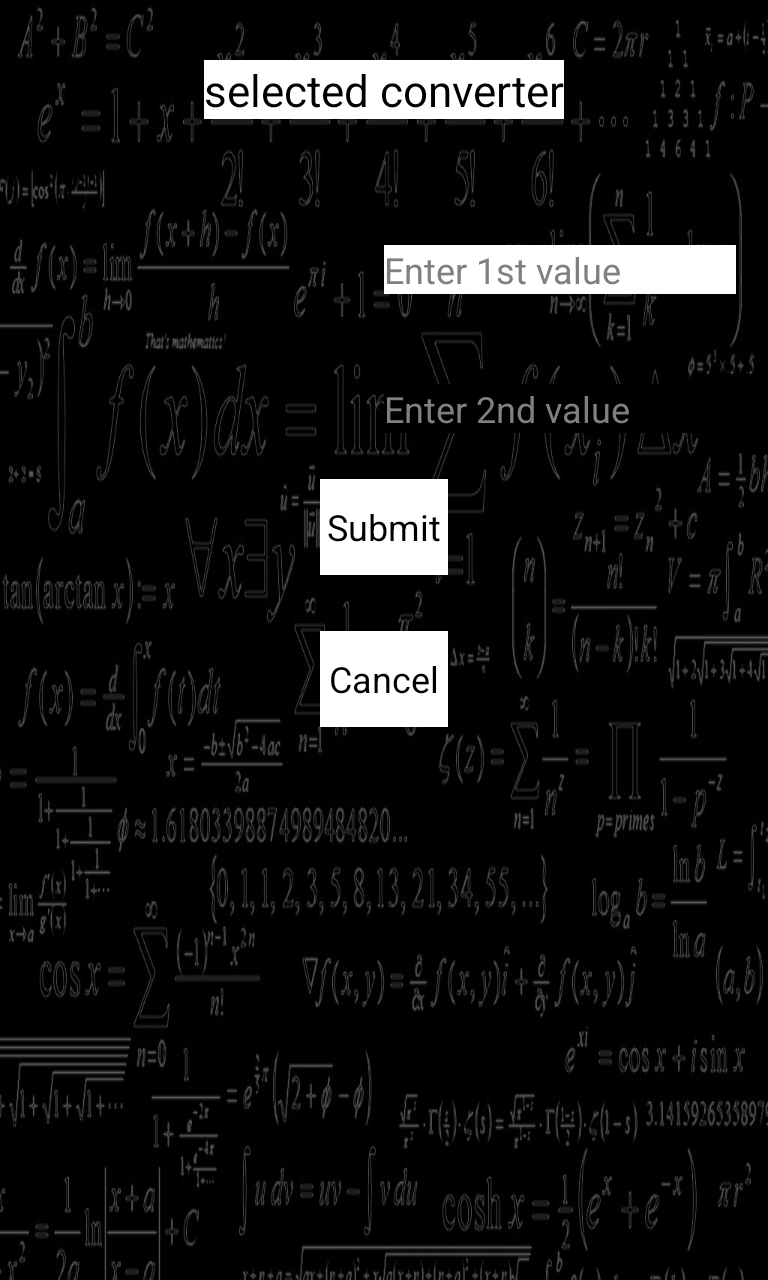
Repository: priyankaaj/practiced-apps
Layout: newProject/res/layout/activity_main.xml
An editor plug-in stored every save of this project. The layout is shown before and after the next save, followed by the edit.
It is drawn on a 768 x 1280 px phone screen (xhdpi) without system bars, with theme AppTheme; the app's code is not run.

Above is the layout before, as saved 2015-09-28 17:52:13.

After the next save:
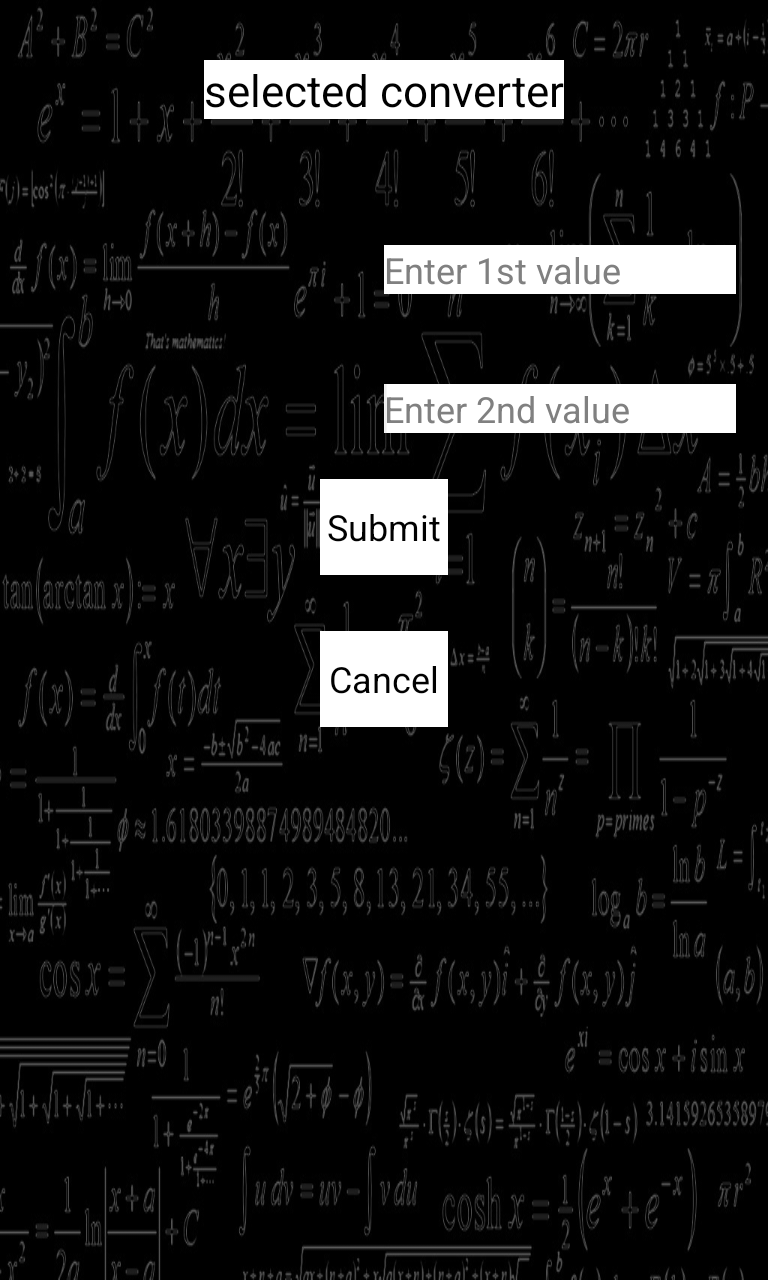
Saved 20 s later.
--- a/newProject/res/layout/activity_main.xml
+++ b/newProject/res/layout/activity_main.xml
@@ -50,10 +50,10 @@
         android:layout_alignLeft="@+id/entvalue1"
         android:layout_below="@+id/entvalue1"
         android:layout_marginTop="45dp"
-        android:background="#000000"
+		android:background="#ffffff"
+        android:textColor="#000000"
         android:ems="10"
-        android:hint="Enter 2nd value"
-        android:textColor="#ffffff" >
+        android:hint="Enter 2nd value" >
 
         <requestFocus />
     </EditText>
